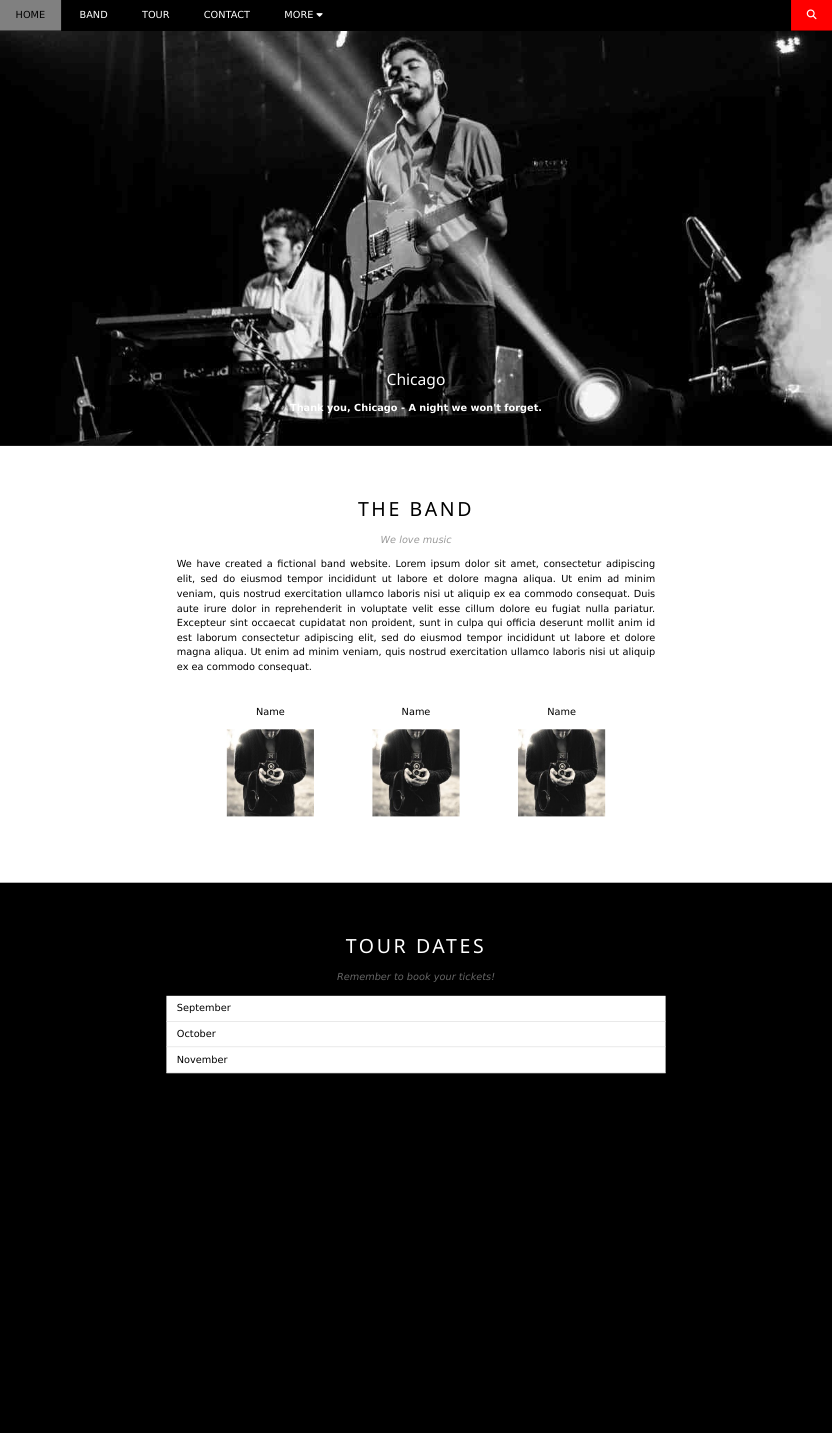
Repository: ngotranphuongbao/theband
Page: index.html
These files come from the project's save history. The page is drawn as it stood at one moment and after the next save; the edit follows.
The browser window is 1280 px wide. The pictures show the whole page, at 65% of full size.
Some web libraries are served in a nearby version.

Above is the page before, as saved 2022-12-22 02:23:34.

After the next save:
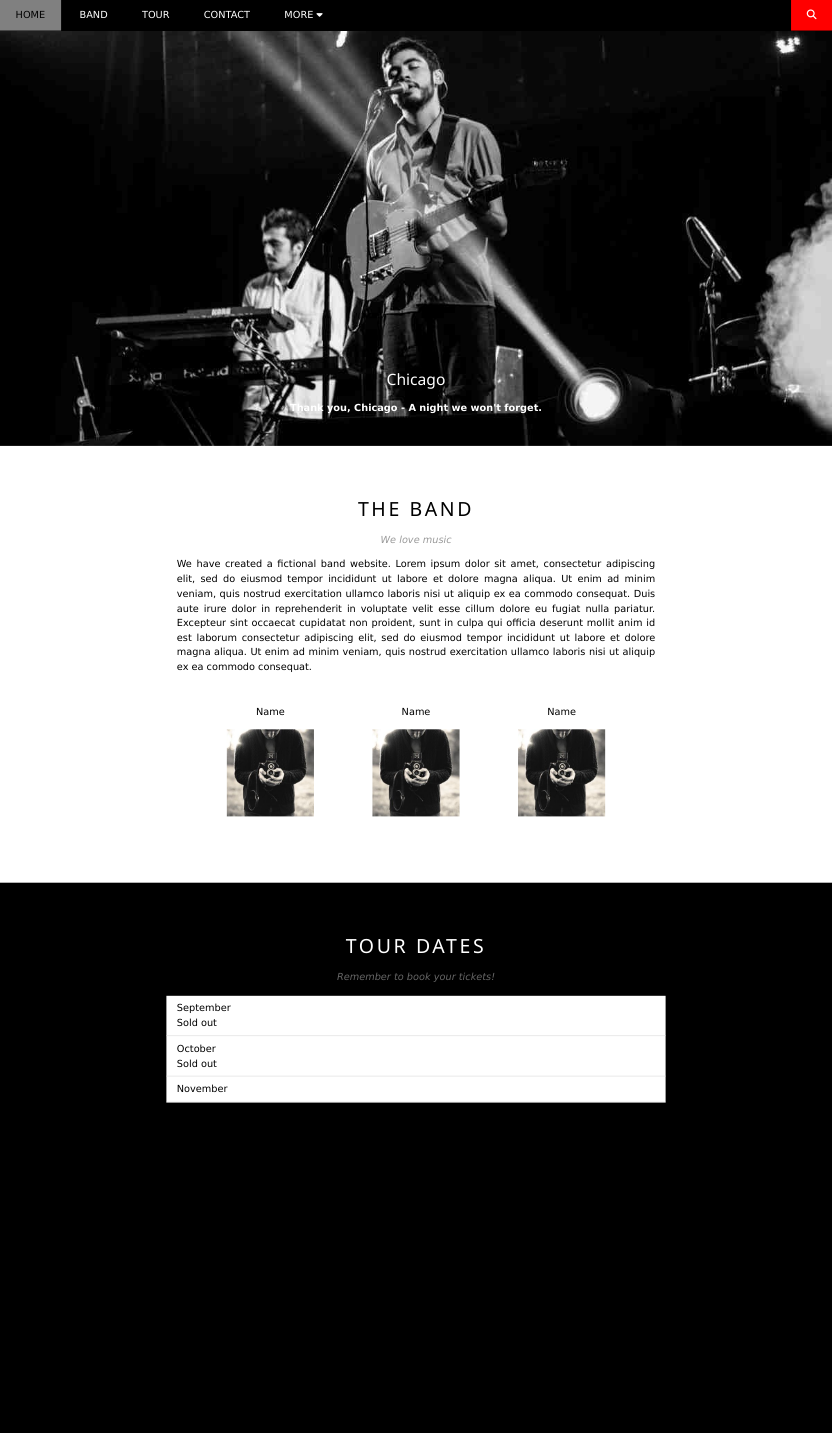
Saved 85 s later.
--- a/index.html
+++ b/index.html
@@ -73,8 +73,14 @@
                     <h2 class="content-title">Tour Dates</h2>
                     <p class="content-subtitle">Remember to book your tickets!</p>
                     <ul id="booking">
-                        <li>September</li>
-                        <li>October</li>
+                        <li>
+                            September
+                            <div class="sold-out">Sold out</div>
+                        </li>
+                        <li>
+                            October
+                            <div class="sold-out">Sold out</div>
+                        </li>
                         <li>November</li>
                     </ul>
 
